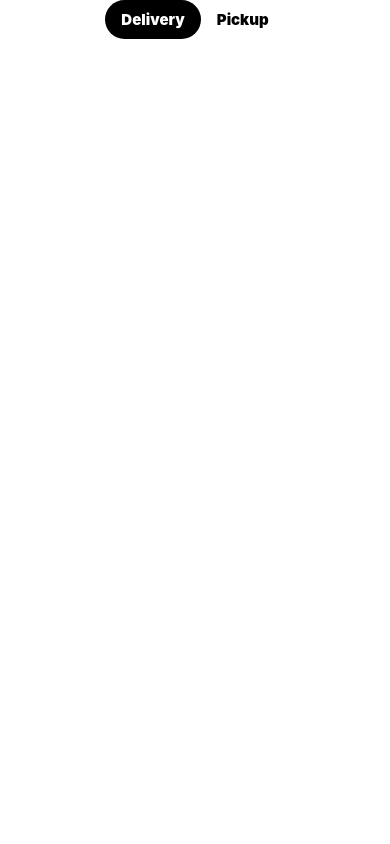
Repository: MoussaAKHYAR/uber-eats-app-react-native
Screen: /
An editor plug-in stored every save of this project. The screen is shown before and after the next save, followed by the edit.
The app was drawn by React Native's web renderer in a window 390 px wide. The project was rebuilt for these pictures with package versions that can differ from the ones it lists, and the page was loaded fresh each time.

Above is the screen before, as saved 2022-06-29 15:41:37.

### App.js
import { StatusBar } from 'expo-status-bar';
import { StyleSheet, Text, View } from 'react-native';
import Home from './screens/Home';

export default function App() {
  return (
    <Home/>
  );
}

const styles = StyleSheet.create({
  container: {
    flex: 1,
    backgroundColor: '#fff',
    alignItems: 'center',
    justifyContent: 'center',
  },
});

### screens/Home.js
import { View, Text, SafeAreaView } from 'react-native'
import React from 'react'
import HeaderTabs from '../components/HeaderTabs'

export default function Home() {
  return (
    <SafeAreaView>
      <HeaderTabs/>
    </SafeAreaView>
  )
}

### components/HeaderTabs.js
import { View, Text, TouchableOpacity } from 'react-native'
import React from 'react'

export default function HeaderTabs() {
    return (
        <View style={{flexDirection:"row", alignSelf:"center"}}>
            <HeaderButton text="Delivery" btnColor="black" textColor="white"/>
            <HeaderButton text="Pickup" btnColor="white" textColor="black"/>
        </View>
    )
}

const HeaderButton = (props) => (
    <TouchableOpacity style={{
        backgroundColor: props.btnColor,
        paddingVertical:10,
        paddingHorizontal:16,
        borderRadius:30

    }}>
        <Text style={{color:props.textColor, fontSize:15, fontWeight:"900"}}>{props.text}</Text>
    </TouchableOpacity>
);

After the next save:
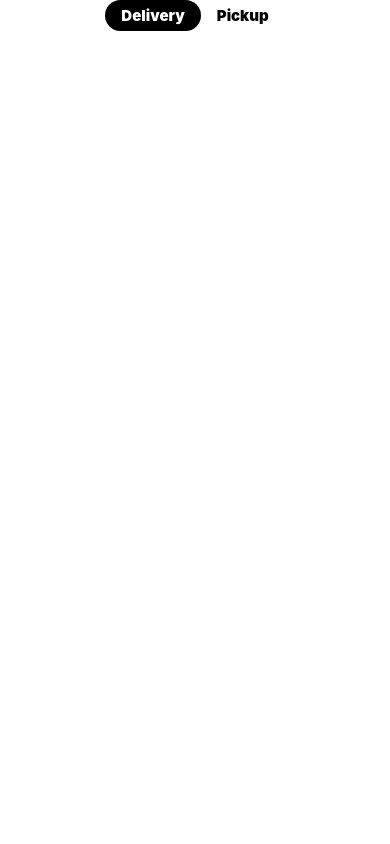
Saved 6 s later.
--- a/components/HeaderTabs.js
+++ b/components/HeaderTabs.js
@@ -13,7 +13,7 @@ export default function HeaderTabs() {
 const HeaderButton = (props) => (
     <TouchableOpacity style={{
         backgroundColor: props.btnColor,
-        paddingVertical:10,
+        paddingVertical:6,
         paddingHorizontal:16,
         borderRadius:30
 
